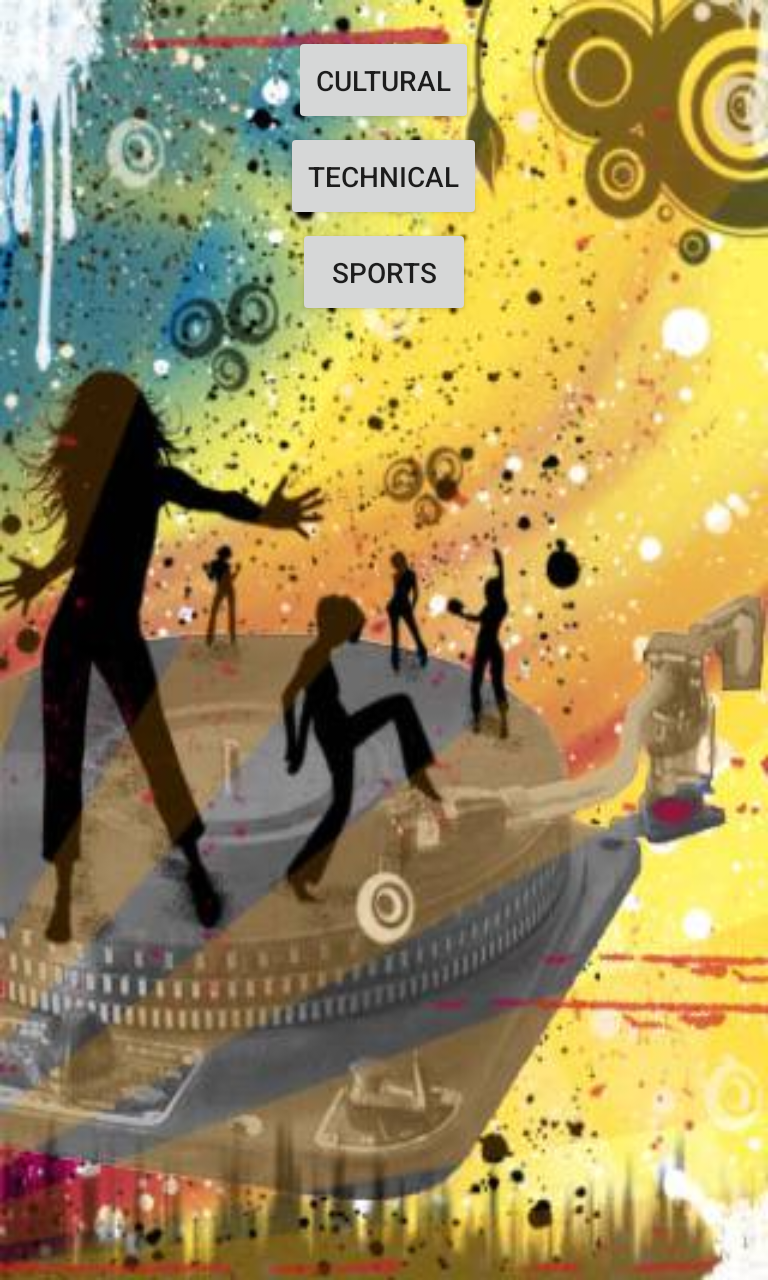
Repository: Attaphon1996/Engineering-Stuff
Layout: OSource/Android Play/Android_Projects/YASH15.0/res/layout/day2.xml
An editor plug-in stored every save of this project. The layout is shown before and after the next save, followed by the edit.
It is drawn on a 768 x 1280 px phone screen (xhdpi) without system bars, with theme AppTheme; the app's code is not run.

Above is the layout before, as saved 2015-02-08 19:05:52.

After the next save:
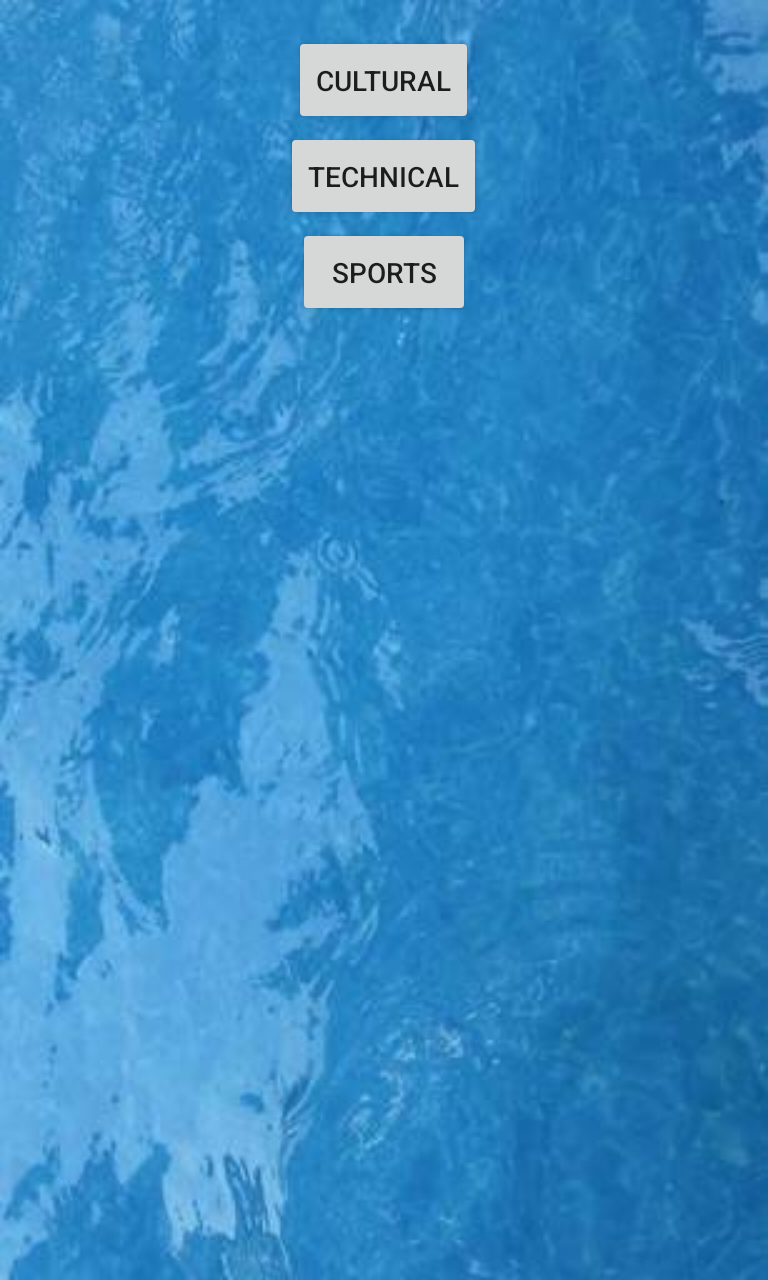
Saved 2 min 8 s later.
--- a/OSource/Android Play/Android_Projects/YASH15.0/res/layout/day2.xml
+++ b/OSource/Android Play/Android_Projects/YASH15.0/res/layout/day2.xml
@@ -7,7 +7,7 @@
     android:paddingRight="@dimen/activity_horizontal_margin"
     android:paddingTop="@dimen/activity_vertical_margin"
     android:orientation="vertical"
-    android:background="@drawable/mad" >
+    android:background="@drawable/plain" >
 
     <Button
         android:id="@+id/day2_cultural"
